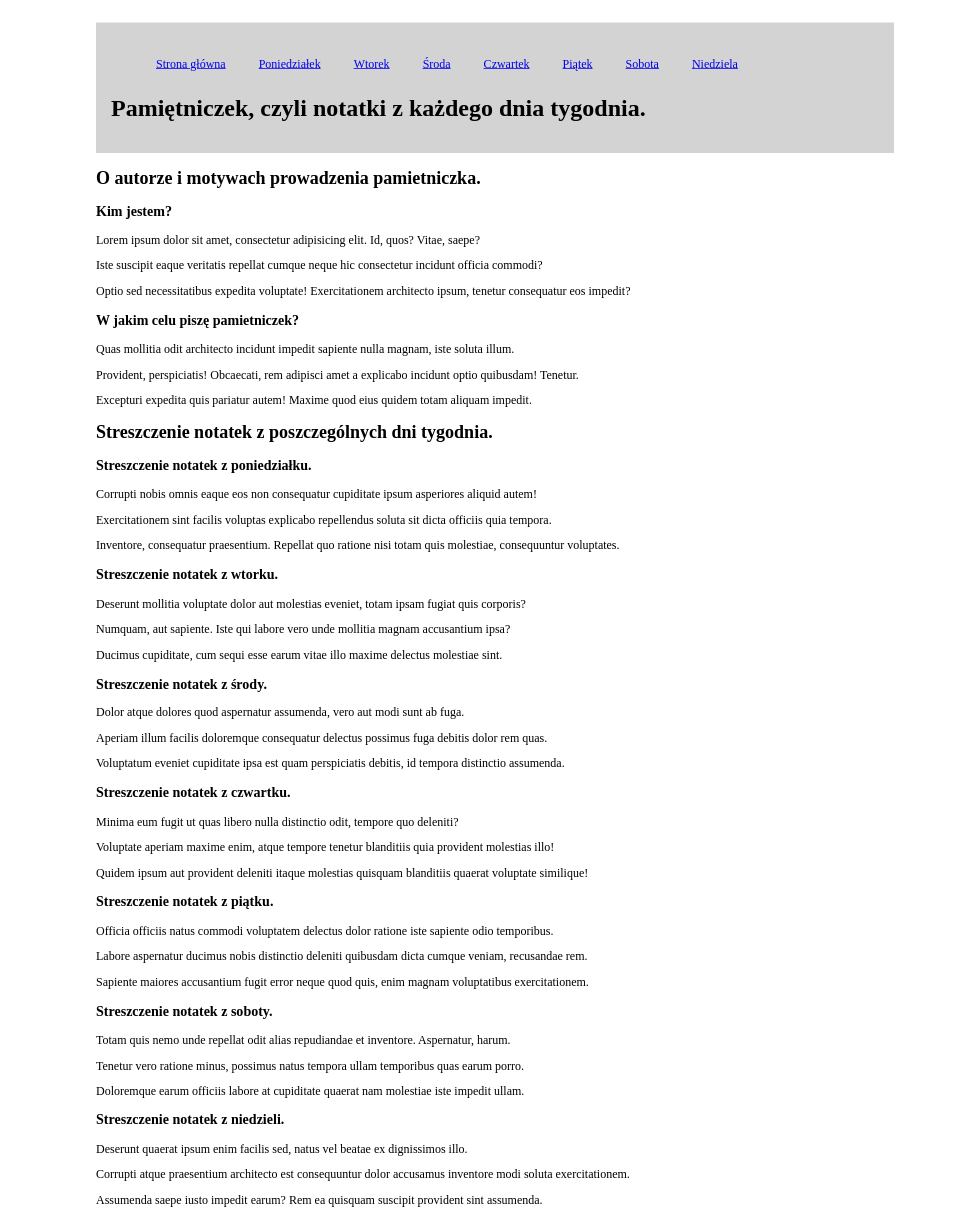
Repository: ArturNatwora/hompage
Page: index.html
An editor plug-in stored every save of this project. The page is shown before and after the next save, followed by the edit.
The browser window is 1280 px wide. The pictures show the whole page, at 75% of full size.

Above is the page before, as saved 2019-06-11 17:40:58.

After the next save:
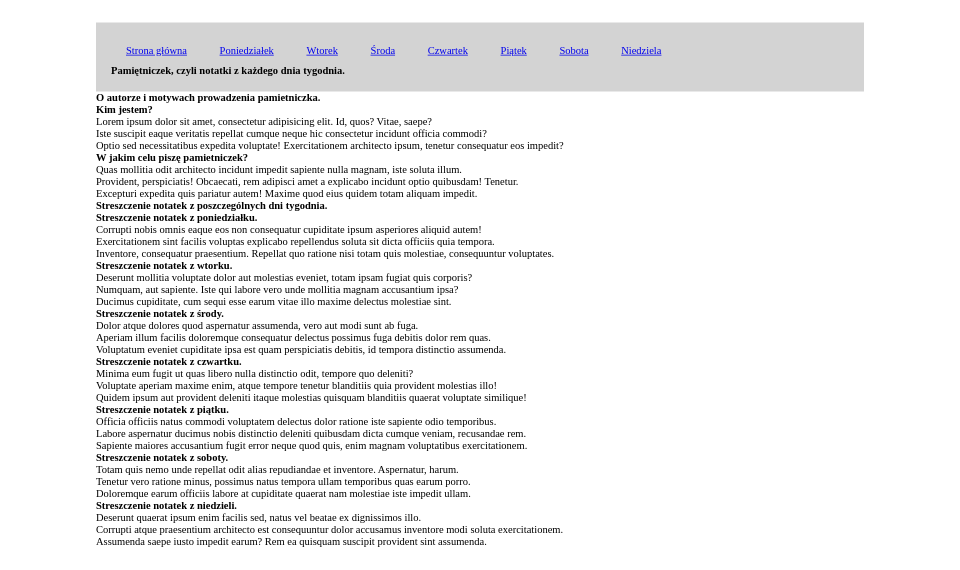
Saved 72 s later.
--- a/index.css
+++ b/index.css
@@ -1,11 +1,11 @@
-/*
+
 *{
     margin: 0;
     padding: 0;
     box-sizing: border-box;
     font-size: 14px;
 }
-*/
+
 
 body{
     width: 80%;
